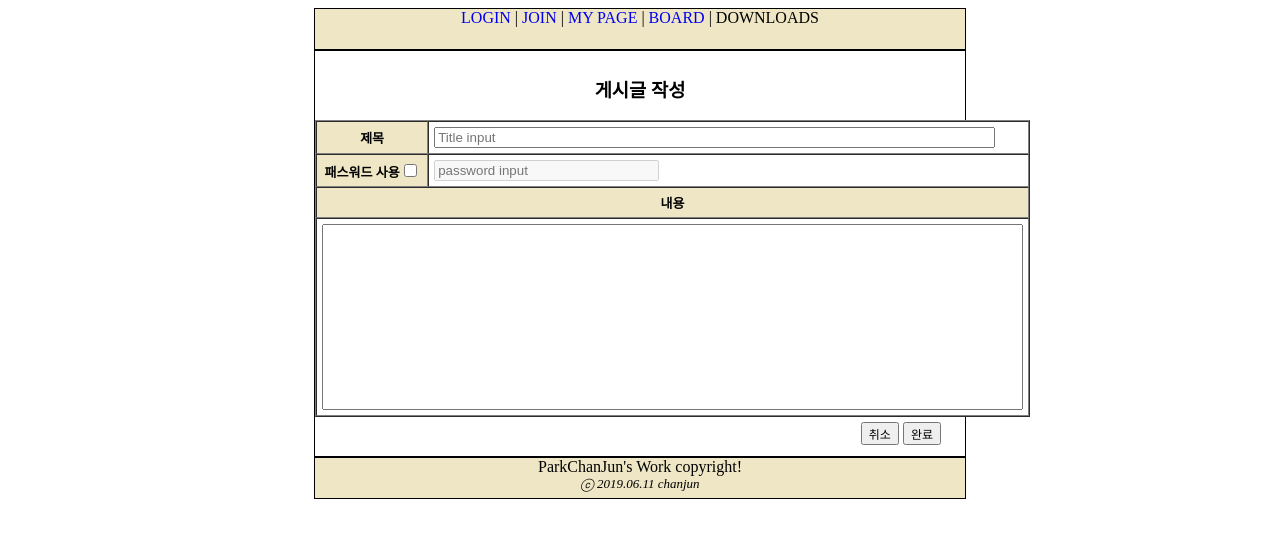
Repository: slolee/Spring-Board
Page: http://localhost/spring_project/WEB-INF/views/board/writeView.jsp
An editor plug-in stored every save of this project. The page is shown before and after the next save, followed by the edit.
The browser window is 1280 px wide. The pictures show the whole page.
The page is served by Tomcat 9. Nobody is signed in. The template is opened directly, without the code that normally fills it, so the values that code supplies are empty.

Above is the page before, as saved 2019-06-17 02:34:03.

After the next save:
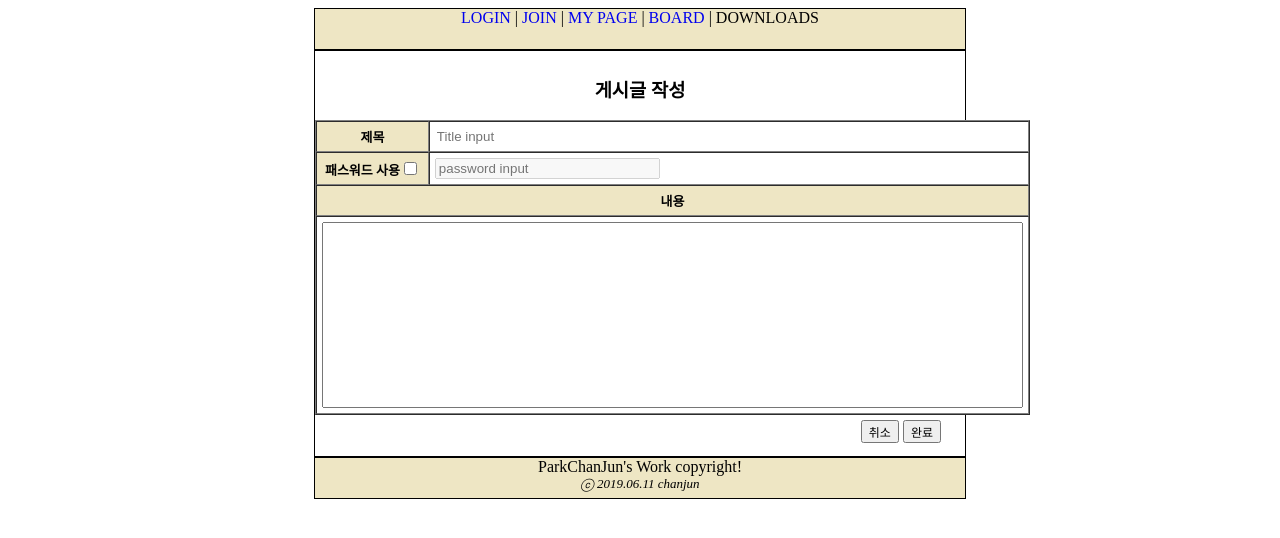
Saved 35 s later.
--- a/spring_project/src/main/webapp/WEB-INF/views/board/writeView.jsp
+++ b/spring_project/src/main/webapp/WEB-INF/views/board/writeView.jsp
@@ -27,7 +27,7 @@
 		<tr>
 			<th><font size="2px">제목</font></th>
 			<td>
-				<input type="text" name="title" placeholder="Title input" maxlength="150" size="67" style="outline:none;" required>
+				<input type="text" name="title" placeholder="Title input" maxlength="150" size="67" style="border:0px;" required>
 			</td>
 		</tr>
 		<tr>
